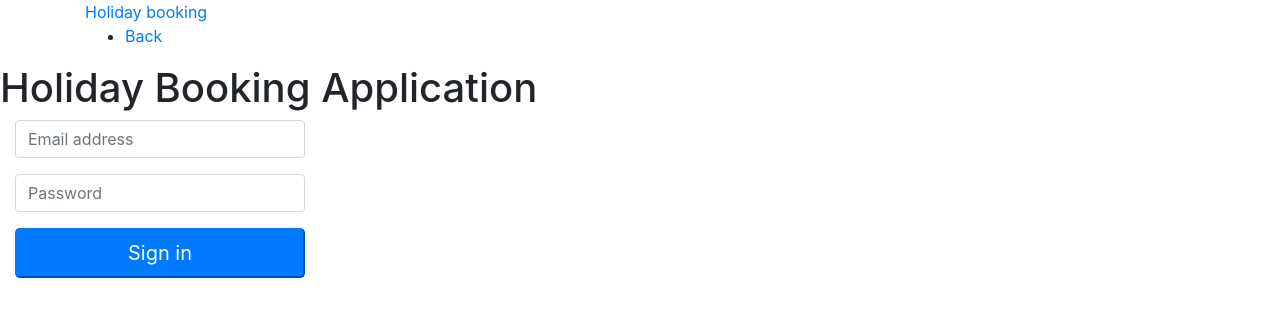
Repository: Anastasiyatik/JavaEnterpriseApplication
Page: http://localhost/HolidayBookingAppWebApplication/login.jsp
An editor plug-in stored every save of this project. The page is shown before and after the next save, followed by the edit.
The browser window is 1280 px wide. The pictures show the whole page.
The page is served by Tomcat 9. Nobody is signed in. The application's start-up code is not run. Other server files are loaded and not shown.

Above is the page before, as saved 2020-04-02 16:50:41.

### HolidayBookingAppWebApplication/WebContent/login.jsp
<%@ page contentType="text/html" pageEncoding="UTF-8"%>
<!DOCTYPE HTML PUBLIC "-//W3C//DTD HTML 4.01 Transitional//EN"
   "http://www.w3.org/TR/html4/loose.dtd">

<html>
<head>
<meta http-equiv="Content-Type" content="text/html; charset=UTF-8">
<title>Holiday Booking Application</title>
<link rel="stylesheet" href="css/bootstrap.css">
</head>
<body>
<section class="home">
<nav class="nav">
        <div class="container">
            <div class="logo">
                <a href="#">Holiday booking</a>
            </div>
            <div id="mainListDiv" class="main_list">
            <ul class="navlinks">
            <li><a
				href="/HolidayBookingAppWebApplication/HolidayBookingAppServlet">Back</a></li>
            </ul>
            </div>
           </div>
    </nav>
 </section>

	<h1>Holiday Booking Application</h1>
	<%
		String errMsg = (String) request.getAttribute("errorLoginMessage");
	%>
	<%
		if (errMsg != null) {
			out.print("<h5>" + errMsg + "</h5>");
		}
	%>
	<%
		String isLogin = (String) session.getAttribute("userName");
		if (isLogin != null) {
			response.sendRedirect("EmployeesServlet");
		}
	%>
	<div class="col-sm-3 first_cont">
		<form class="form-signin" method="POST"
			action="HolidayBookingAppServlet">
			<input type="email" class="form-control" name="email"
				placeholder="Email address" required>
			<p></p>
			<input type="password" class="form-control" name="password"
				placeholder="Password" required>
			<p></p>
			<button class="btn-lg btn-primary btn-block" type="submit"
				value="Login">Sign in</button>
		</form>
	</div>

</body>
</html>

Loaded but not shown: HolidayBookingAppWebApplication/WebContent/css/bootstrap.css (library)

After the next save:
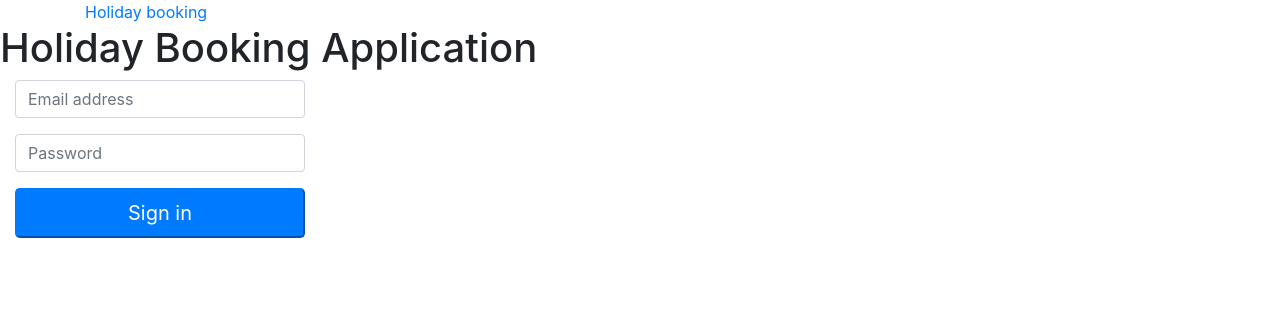
Saved 56 s later.
--- a/HolidayBookingAppWebApplication/WebContent/login.jsp
+++ b/HolidayBookingAppWebApplication/WebContent/login.jsp
@@ -9,18 +9,13 @@
 <link rel="stylesheet" href="css/bootstrap.css">
 </head>
 <body>
-<section class="home">
+<section class="employee">
 <nav class="nav">
         <div class="container">
             <div class="logo">
                 <a href="#">Holiday booking</a>
             </div>
-            <div id="mainListDiv" class="main_list">
-            <ul class="navlinks">
-            <li><a
-				href="/HolidayBookingAppWebApplication/HolidayBookingAppServlet">Back</a></li>
-            </ul>
-            </div>
+           </div>
            </div>
     </nav>
  </section>
